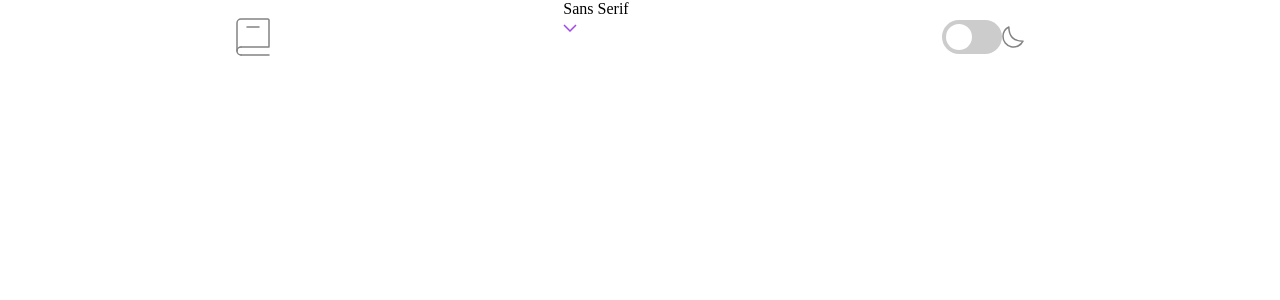
Repository: Arkitecth/dictionary-app
Page: index.html
An editor plug-in stored every save of this project. The page is shown before and after the next save, followed by the edit.
The browser window is 1280 px wide. The pictures show the whole page.

Above is the page before, as saved 2023-07-19 17:33:05.

### index.html
<!DOCTYPE html>
<html lang="en">
<head>
  <meta charset="UTF-8">
  <meta name="viewport" content="width=device-width, initial-scale=1.0">
  <link rel="stylesheet" href="styles.css">
  <title>Dictionary</title>
</head>
<body>
  <nav>
    <img src="assets/images/logo.svg" alt="logo">

    <div class="right">
      <div class="fonts">
        <p>Sans Serif</p>
        <img src="assets/images/icon-arrow-down.svg" alt="icon-arrow-down">
      </div>

    </div>


    <!-- Rounded switch -->
    <div class="togglers">
      <label class="switch">
        <input type="checkbox">
        <span class="slider round"></span>
      </label>
      <img src="assets/images/icon-moon.svg" alt="moon-icon">
    </div>
  </nav>



</body>
</html>

### styles.css

* {
    margin: 0;
    padding: 0;
}



/* Main Styling */

body {
    max-width: 1100px;
    margin: 0 auto;
}

nav {
    display: flex;
    justify-content: space-around;
}

.togglers {
    display: flex;
    padding: 20px;
}


/* The switch - the box around the slider */
.switch {
  position: relative;
  display: inline-block;
  width: 60px;
  height: 34px;
}

/* Hide default HTML checkbox */
.switch input {
  opacity: 0;
  width: 0;
  height: 0;
}

/* The slider */
.slider {
  position: absolute;
  cursor: pointer;
  top: 0;
  left: 0;
  right: 0;
  bottom: 0;
  background-color: #ccc;
  -webkit-transition: .4s;
  transition: .4s;
}

.slider:before {
  position: absolute;
  content: "";
  height: 26px;
  width: 26px;
  left: 4px;
  bottom: 4px;
  background-color: white;
  -webkit-transition: .4s;
  transition: .4s;
}

input:checked + .slider {
  background-color: #2196F3;
}

input:focus + .slider {
  box-shadow: 0 0 1px #2196F3;
}

input:checked + .slider:before {
  -webkit-transform: translateX(26px);
  -ms-transform: translateX(26px);
  transform: translateX(26px);
}

/* Rounded sliders */
.slider.round {
  border-radius: 34px;
}

.slider.round:before {
  border-radius: 50%;
}

After the next save:
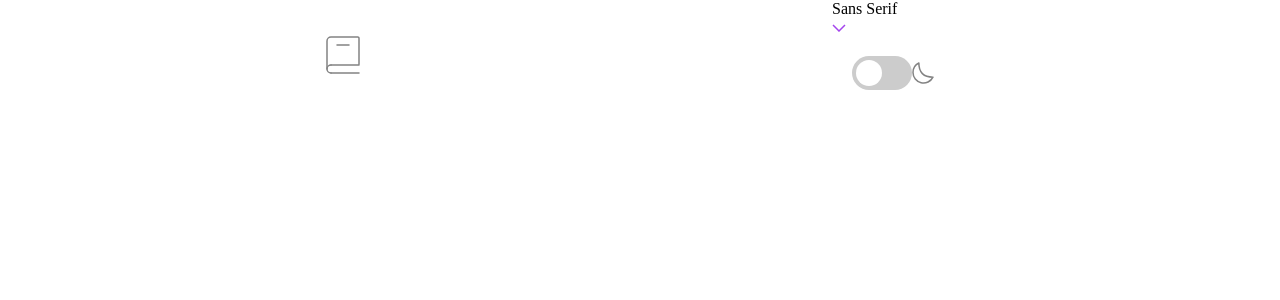
Saved 9 s later.
--- a/index.html
+++ b/index.html
@@ -16,17 +16,21 @@
         <img src="assets/images/icon-arrow-down.svg" alt="icon-arrow-down">
       </div>
 
+
+
+      <div class="togglers">
+        <label class="switch">
+          <input type="checkbox">
+          <span class="slider round"></span>
+        </label>
+        <img src="assets/images/icon-moon.svg" alt="moon-icon">
+      </div>
+
     </div>
 
 
     <!-- Rounded switch -->
-    <div class="togglers">
-      <label class="switch">
-        <input type="checkbox">
-        <span class="slider round"></span>
-      </label>
-      <img src="assets/images/icon-moon.svg" alt="moon-icon">
-    </div>
+
   </nav>
 
 
